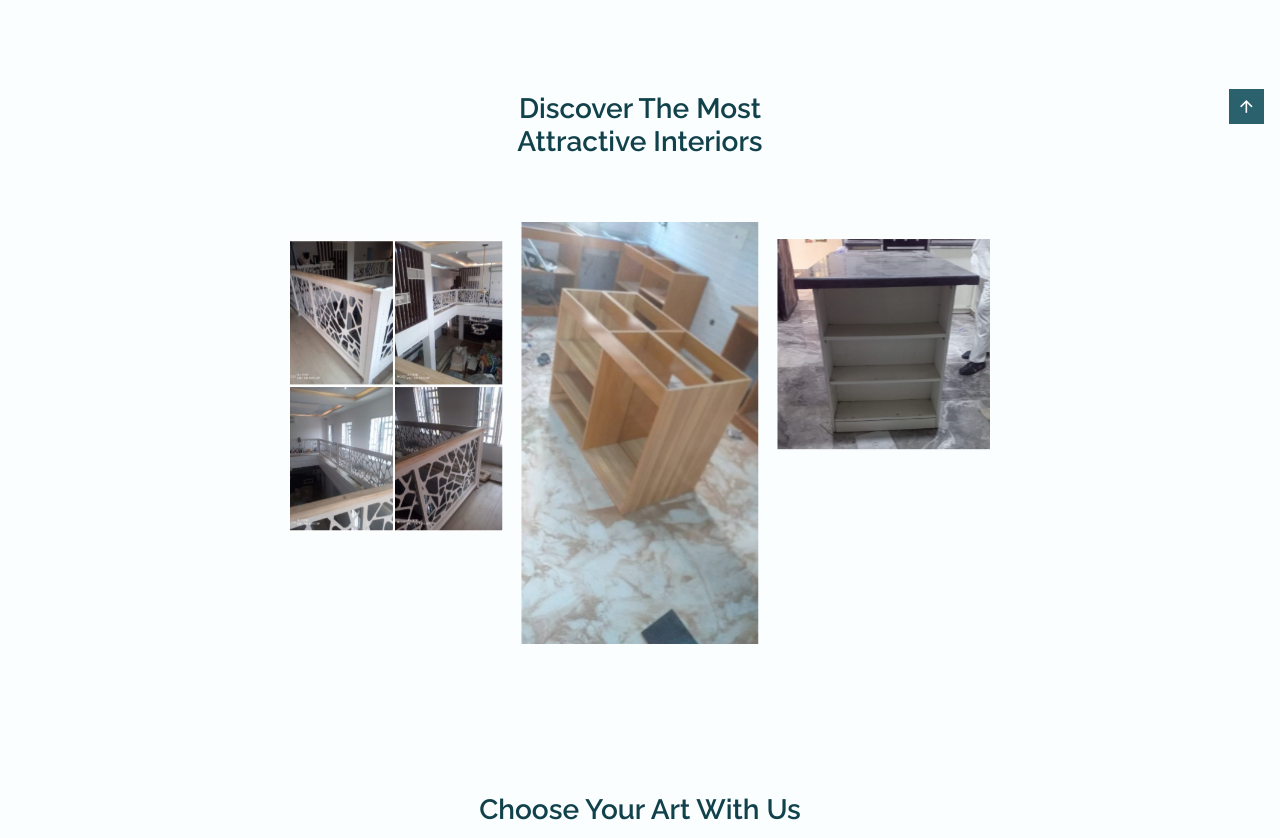
Repository: uche-hub/ARTBIT-WEB
Page: index.html
An editor plug-in stored every save of this project. The page is shown before and after the next save, followed by the edit.
The browser window is 1280 px wide. The pictures show the part of the page from y = 740 to 1578 px (the page is 2758 px tall).
A picture or video elsewhere on the page could not be fetched, so the positions and the page height are approximate. Some web libraries are served in a nearby version.

Above is the page before, as saved 2021-11-15 20:18:26.
Console error: TypeError: Cannot read properties of null (reading 'classList')

### index.html
<!DOCTYPE html>
    <html lang="en">
    <head>
        <meta charset="UTF-8">
        <meta name="viewport" content="width=device-width, initial-scale=1.0">

        <link rel="shortcut icon" href="assets/img/favicon.png" type="image/png">

        <!--=============== REMIXICONS ===============-->
        <link href="https://cdn.jsdelivr.net/npm/remixicon@2.5.0/fonts/remixicon.css" rel="stylesheet">

        <!--================= FONTAWESOMEICONS ==============-->
        <script src="https://kit.fontawesome.com/a076d05399.js"></script>

        <!--=============== SWIPER CSS ===============-->
        <link rel="stylesheet" href="assets/css/swiper-bundle.min.css">

        <!--=============== CSS ===============-->
        <link rel="stylesheet" href="assets/css/styles.css">

        <title>ARTBIT NIG LTD</title>
    </head>
    <body>
        <header class="header" id="header">
            <nav class="nav container">
                <a href="index.html" class="nav__logo">ARTBIT NIG LTD</a>

                <div class="nav__menu" id="nav-menu">
                    <ul class="nav__list">
                        <li class="nav__item">
                            <a href="index.html" class="nav__link active-link">Home</a>
                        </li>
                        <li class="nav__item">
                            <a href="about.html" class="nav__link">About</a>
                        </li>
                        <li class="nav__item">
                            <a href="interiors.html" class="nav__link">Interiors</a>
                        </li>
                        <li class="nav__item">
                            <a href="art.html" class="nav__link">Art Works</a>
                        </li>
                        <li class="nav__item">
                            <a href="contact.html" class="nav__link">Contact Us</a>
                        </li>
                    </ul>

                    <div class="nav__dark">
                        <!-- Theme change button -->
                        <span class="change-theme-name">Dark mode</span>
                        <i class="ri-moon-line change-theme" id="theme-button"></i>
                    </div>

                    <i class="ri-close-line nav__close" id="nav-close"></i>
                </div>

                <div class="nav__toggle" id="nav-toggle">
                    <i class="ri-function-line"></i>
                </div>
            </nav>
        </header>

        <main class="main">
            <!--==================== HOME ====================-->
            <section class="home" id="home">
                <img src="assets/img/act1.jpeg" alt="" class="home__img">

                <div class="home__container container grid">
                    <div class="home__data">
                        <span class="home__data-subtitle">Discover your place</span>
                        <h1 class="home__data-title">Explore The <br>Best <b>Beautiful Art and Interiors</b></h1>
                        <a href="art.html" class="button">Explore</a>

                    </div>

                    <div class="home__social">
                        <a href="https://www.facebook.com/" target="_blank" class="home__social-link">
                            <i class="ri-facebook-box-fill"></i>
                        </a>
                        <a href="https://www.instagram.com/" target="_blank" class="home__social-link">
                            <i class="ri-instagram-fill"></i>
                        </a>
                        <a href="https://twitter.com/" target="_blank" class="home__social-link">
                            <i class="ri-twitter-fill"></i>
                        </a>
                    </div>

                    <div class="home__info">
                        <div>
                            <span class="home__info-title">6 great Art to see</span>
                            <a href="#art" class="button button--flex button--link home__info-button">
                                More <i class="ri-arrow-right-line"></i>
                            </a>
                        </div>

                        <div class="home__info-overlay">
                            <img src="assets/img/home2.jpg" alt="" class="home__info-img">
                        </div>
                    </div>
                </div>
            </section>

            <!--==================== INTERIORS ====================-->
            <section class="discover section" id="interiors">
                <h2 class="section__title">Discover the most <br> attractive Interiors</h2>

                <div class="discover__container container swiper-container">
                    <div class="swiper-wrapper">
                        <!--==================== DISCOVER 1 ====================-->

                        <!--==================== DISCOVER 2 ====================-->
                        <div class="discover__card swiper-slide">
                            <img src="assets/img/i7.jpeg" alt="" class="discover__img">
                        </div>

                        <!--==================== DISCOVER 3 ====================-->
                        <div class="discover__card swiper-slide">
                            <img src="assets/img/i3.jpeg" alt="" class="discover__img">
                        </div>

                        <!--==================== DISCOVER 4 ====================-->
                        <div class="discover__card swiper-slide">
                            <img src="assets/img/i4.jpeg" alt="" class="discover__img">
                        </div>

                        <!--==================== DISCOVER 5 ====================-->
                        <div class="discover__card swiper-slide">
                            <img src="assets/img/i5.jpeg" alt="" class="discover__img">
                        </div>

                        <!--==================== DISCOVER 6 ====================-->
                        <div class="discover__card swiper-slide">
                            <img src="assets/img/i6.jpeg" alt="" class="discover__img">
                        </div>
                    </div>
                </div>
            </section>

            <!--==================== ART WORK ====================-->
            <section class="art section" id="art">
                <h2 class="section__title">Choose Your Art with us</h2>

                <div class="art__container container grid">
                    <!--==================== ART CARD 1 ====================-->
                    <div class="art__card">
                        <img src="assets/img/act1.jpg" alt="" class="art__img">
                    </div>

                    <!--==================== PLACES CARD 2 ====================-->
                    <div class="art__card">
                        <img src="assets/img/act2.jpg" alt="" class="art__img">
                    </div>

                    <!--==================== PLACES CARD 3 ====================-->
                    <div class="art__card">
                        <img src="assets/img/act3.jpg" alt="" class="art__img">
                    </div>

                    <!--==================== PLACES CARD 4 ====================-->
                    <div class="art__card">
                        <img src="assets/img/act4.jpg" alt="" class="art__img">
                    </div>

                    <!--==================== PLACES CARD 5 ====================-->
                    <div class="art__card">
                        <img src="assets/img/act5.jpg" alt="" class="art__img">
                    </div>

                    <!--==================== PLACES CARD 6 ====================-->
                    <div class="art__card">
                        <img src="assets/img/act6.jpg" alt="" class="art__img">
                    </div>
                </div>
            </section>


        <!--==================== FOOTER ====================-->
        <footer class="footer section">
            <div class="footer__container container grid">
                <div class="footer__content grid">
                    <div class="footer__data">
                        <h3 class="footer__title">ARTBIT NIG LTD</h3>
                        <p class="footer__description">You can find the most beautiful and pleasant art works and interiors
                        prices with special discounts. We do art like painting, sculptures, metal construction. You can choose the best art
                        that suit your home, <br> interiors that best
                        suit your home.
                        </p>
                        <div>
                            <a href="https://www.facebook.com/" target="_blank" class="footer__social">
                                <i class="ri-facebook-box-fill"></i>
                            </a>
                            <a href="https://twitter.com/" target="_blank" class="footer__social">
                                <i class="ri-twitter-fill"></i>
                            </a>
                            <a href="https://www.instagram.com/" target="_blank" class="footer__social">
                                <i class="ri-instagram-fill"></i>
                            </a>
                        </div>
                    </div>

                    <div class="footer__data">
                        <h3 class="footer__subtitle">About</h3>
                        <ul>
                            <li class="footer__item">
                                <a href="#about" class="footer__link">About Us</a>
                            </li>
                            <li class="footer__item">
                                <a href="#art" class="footer__link">Art Works</a>
                            </li>
                            <li class="footer__item">
                                <a href="#interiors" class="footer__link">Interiors</a>
                            </li>
                        </ul>
                    </div>

                    <div class="footer__data">
                        <h3 class="footer__subtitle">Full Links</h3>
                        <ul>
                            <li class="footer__item">
                                <a href="art.html" class="footer__link">See all art works</a>
                            </li>
                            <li class="footer__item">
                                <a href="" class="footer__link">See all interior decoration</a>
                            </li>
                        </ul>
                    </div>

                    <div class="footer__data">
                        <h3 class="footer__subtitle">Support</h3>
                        <ul>
                            <li class="footer__item">
                                <a href="" class="footer__link">Contact Us</a>
                            </li>
                        </ul>
                    </div>
                </div>

                <div class="footer__rights">
                    <p class="footer__copy">&#169; 2021 ARTBIT NIG LTD. All rigths reserved.</p>
                </div>
            </div>
        </footer>

        <!--========== SCROLL UP ==========-->
        <a href="#" class="scrollup" id="scroll-up">
            <i class="ri-arrow-up-line scrollup__icon"></i>
        </a>

        <!--=============== SCROLL REVEAL===============-->
        <script src="assets/js/scrollreveal.min.js"></script>

        <!--=============== SWIPER JS ===============-->
        <script src="assets/js/swiper-bundle.min.js"></script>

        <!--=============== MAIN JS ===============-->
        <script src="assets/js/main.js"></script>
    </body>
</html>

Loaded but not shown: assets/css/swiper-bundle.min.css (library); assets/js/scrollreveal.min.js (library); assets/js/swiper-bundle.min.js (library); assets/js/main.js (154 lines, source omitted); assets/css/styles.css (1201 lines, source omitted)

After the next save:
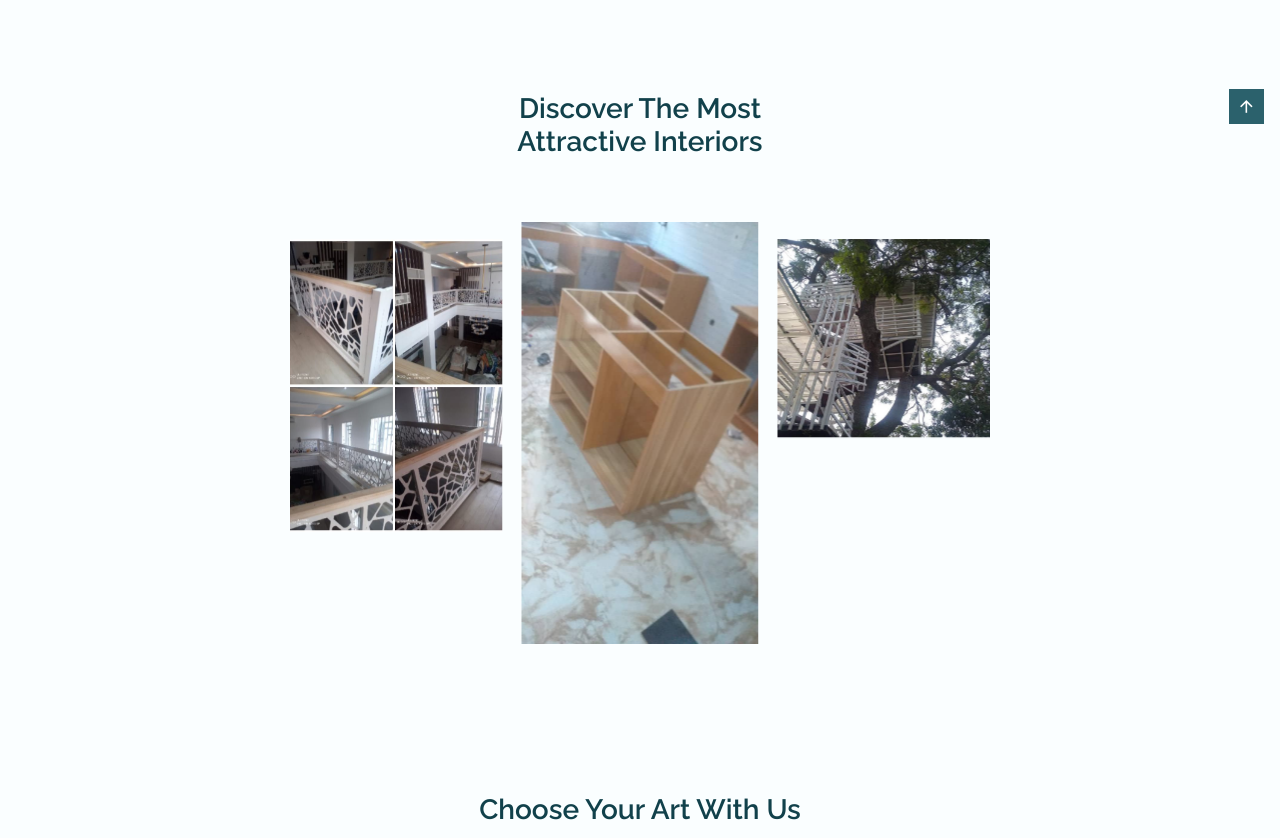
Saved 5 s later.
--- a/index.html
+++ b/index.html
@@ -114,7 +114,7 @@
 
                         <!--==================== DISCOVER 3 ====================-->
                         <div class="discover__card swiper-slide">
-                            <img src="assets/img/i3.jpeg" alt="" class="discover__img">
+                            <img src="assets/img/i10.jpeg" alt="" class="discover__img">
                         </div>
 
                         <!--==================== DISCOVER 4 ====================-->
